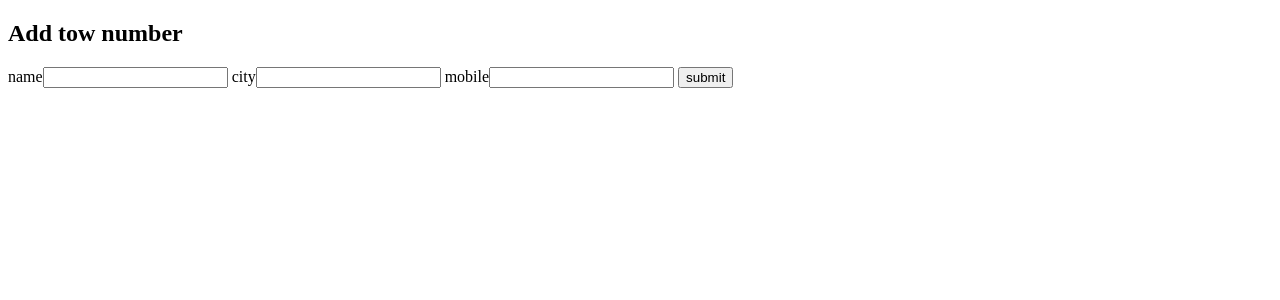
Repository: anujkumar163/Tom_cad
Page: practice_22/src/main/webapp/add.html
An editor plug-in stored every save of this project. The page is shown before and after the next save, followed by the edit.
The browser window is 1280 px wide. The pictures show the whole page.

Above is the page before, as saved 2022-06-09 10:13:29.

### practice_22/src/main/webapp/add.html
<!DOCTYPE html>
<html>
<head>
<meta charset="ISO-8859-1">
<title>Insert title here</title>
</head>
<body>
	<h2>Add tow number</h2>
	<form action="new" method="post">
		name<input type="text" name="name">
		city<input type="text" name="city">
		mobile<input type="text" name="mobile">

		<input type="submit" value="submit">
	</form>
</body>
</html>

After the next save:
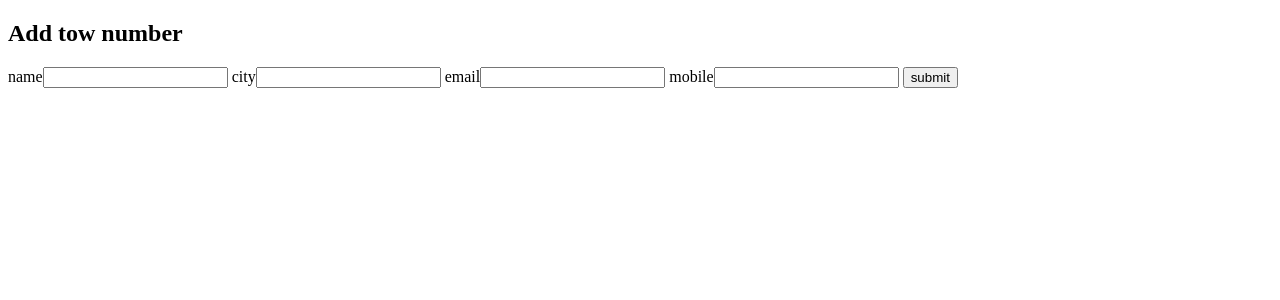
Saved 43 s later.
--- a/practice_22/src/main/webapp/add.html
+++ b/practice_22/src/main/webapp/add.html
@@ -9,6 +9,7 @@
 	<form action="new" method="post">
 		name<input type="text" name="name">
 		city<input type="text" name="city">
+		email<input type="text" name="email">
 		mobile<input type="text" name="mobile">
 
 		<input type="submit" value="submit">
